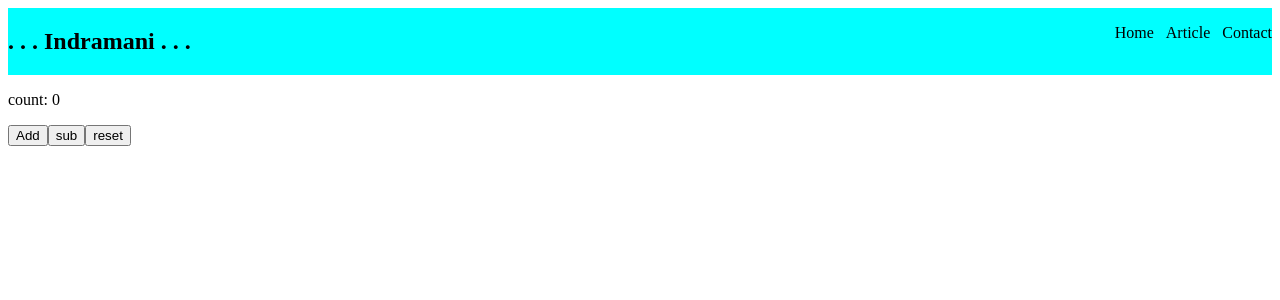
Repository: indramani7271/Indramani-First
Page: /
The author's editor kept a copy of each file at every save. The page is drawn from the files as they stood at one save, then again after the next save.
The browser window is 1280 px wide. The pictures show the whole page.
The project was rebuilt for these pictures with package versions that can differ from the ones it lists, and the page was loaded fresh each time. Also part of the build but not shown: vite.config.js, src/Component/Main.jsx, src/Component/Footer.jsx, src/Component/Content.jsx, src/index.css.

Above is the page before, as saved 2024-12-02 18:22:55.

After the next save:
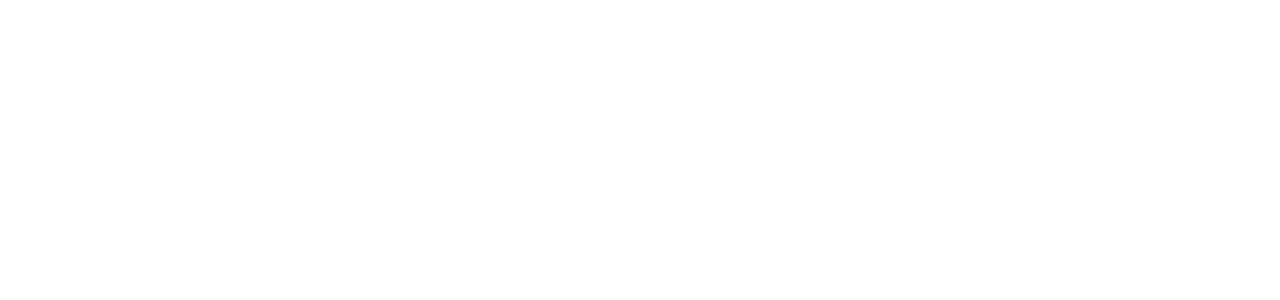
Console error: ReferenceError: popup is not defined
Saved 4 min 9 s later.
--- a/src/App.jsx
+++ b/src/App.jsx
@@ -10,9 +10,12 @@
 
 
   return (
+
     <div>
 
+
 <Navbar />
+<button onClick ={popup} > Open</button>
 <Counter/>
 {/*
 <Main> </Main>

After the save that followed:
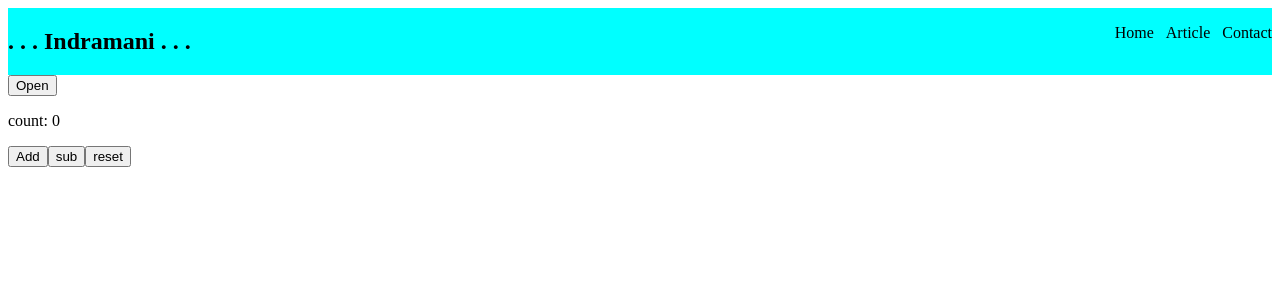
The error is gone.
Saved 4 min 15 s later.
--- a/src/App.jsx
+++ b/src/App.jsx
@@ -7,6 +7,9 @@
 import { useState } from "react";
 function App() {
   const [ open, setOpen] =useState(false)
+function popup() {
+  setOpen(true)
+}
 
 
   return (
